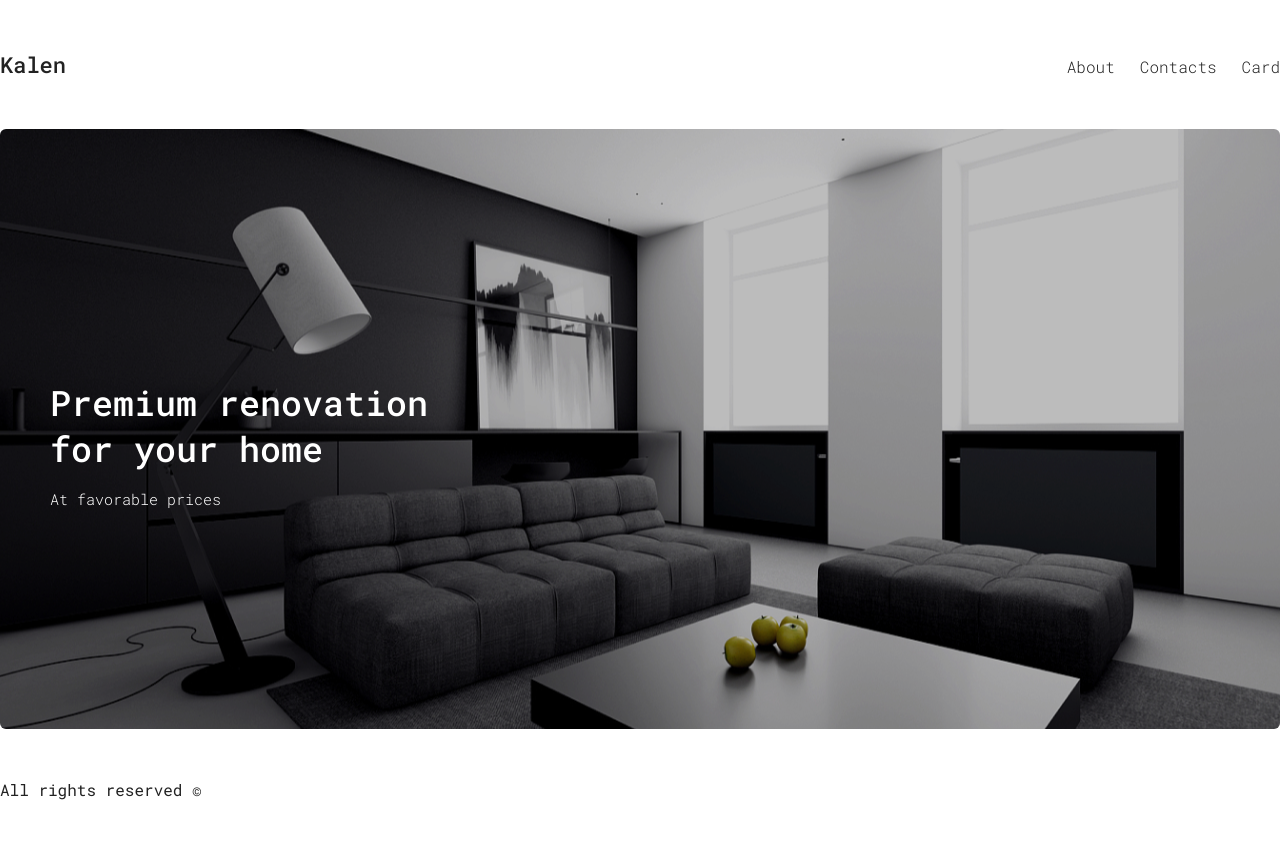
Repository: luckystar20206/e-commerce-react
Page: /
The author's editor kept a copy of each file at every save. The page is drawn from the files as they stood at one save, then again after a run of saves.
The browser window is 1280 px wide. The pictures show the whole page.
The project was rebuilt for these pictures with package versions that can differ from the ones it lists, and the page was loaded fresh each time.

Above is the page before, as saved 2022-11-30 01:02:48.

After the next 8 saves:
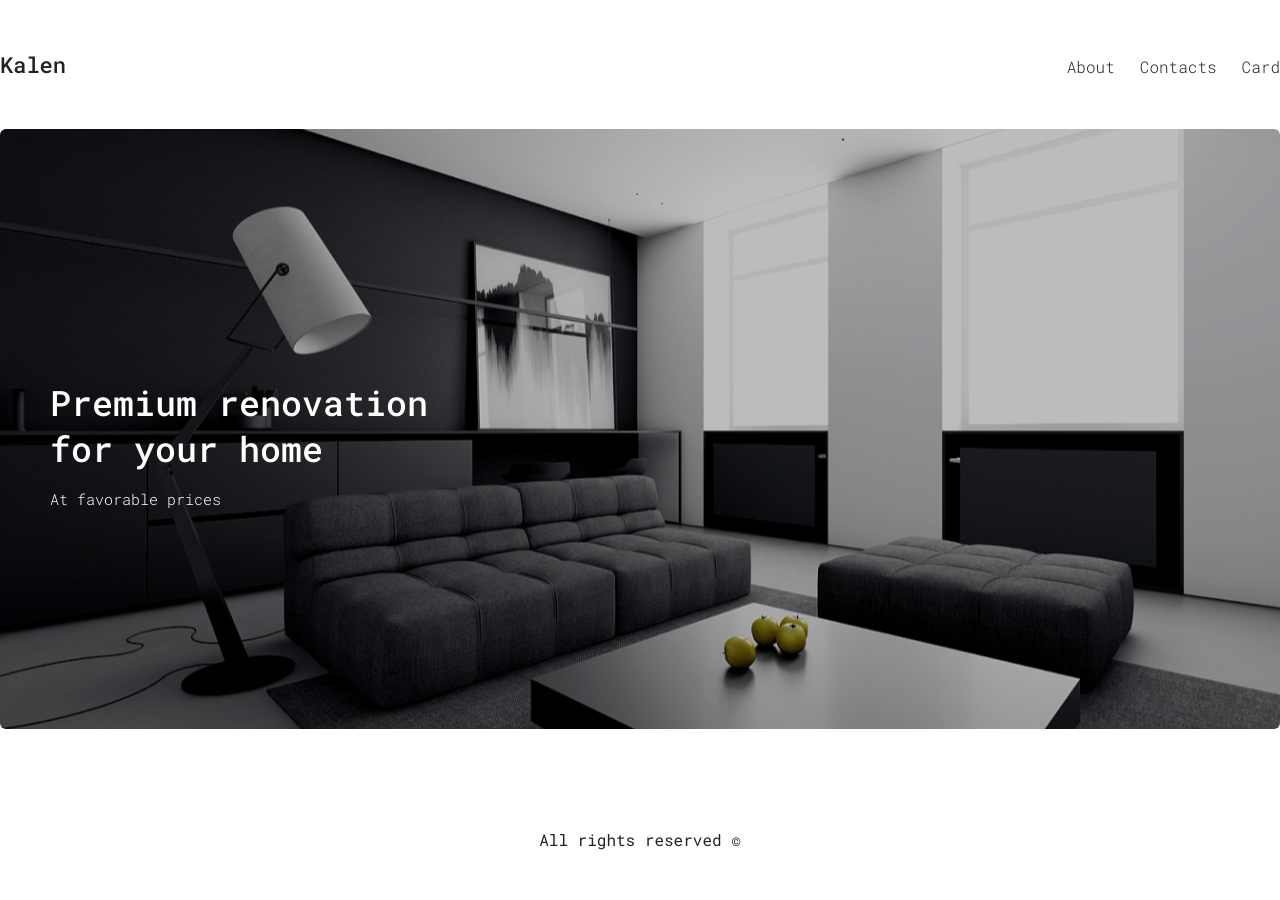
The 8 saves are shown as one change because 2 did not build or start and some came seconds apart.
The last was saved 39 s later.
--- a/src/components/Footer/Footer.jsx
+++ b/src/components/Footer/Footer.jsx
@@ -1,4 +1,5 @@
 import React from 'react'
+import style from './footer.css'
 
 export default function Footer() {
     return (
